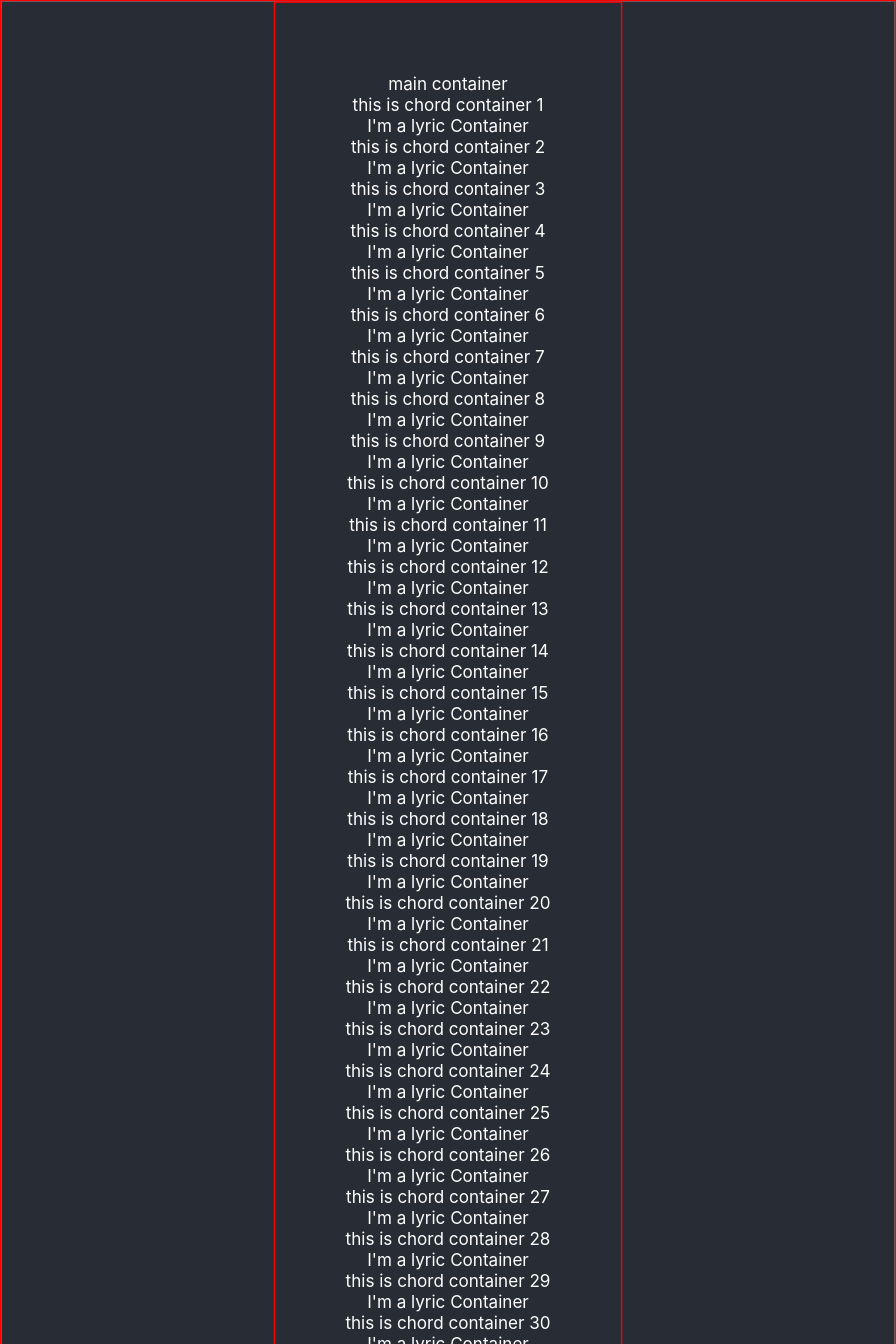
Repository: mattnoth/easy-nash-tab
Page: /
An editor plug-in stored every save of this project. The page is shown before and after the next save, followed by the edit.
The browser window is 1280 px wide. The pictures show the part of the page from y = 0 to 1920 px (the page is 2878 px tall before and 2966 px after), at 70% of full size.
The project was rebuilt for these pictures with package versions that can differ from the ones it lists, and the page was loaded fresh each time.

Above is the page before, as saved 2022-08-06 17:22:23.

After the next save:
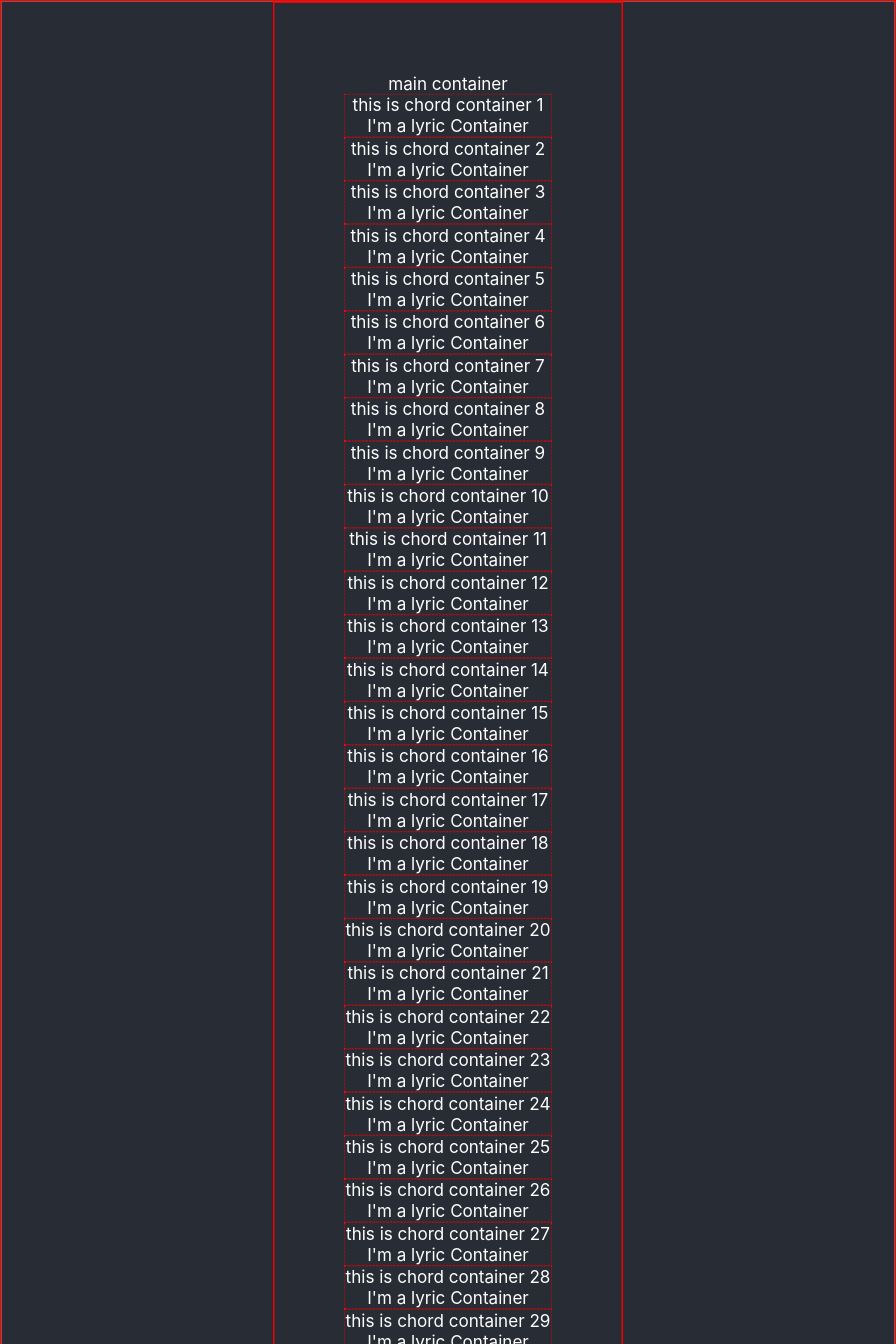
Saved 12 s later.
--- a/src/components/MainContainers/mainContainerStyles.css
+++ b/src/components/MainContainers/mainContainerStyles.css
@@ -4,3 +4,7 @@
     flex-direction: column;
     border: 2px solid red;
 }
+
+.oneLine {
+    border: 1px dotted red;
+}
